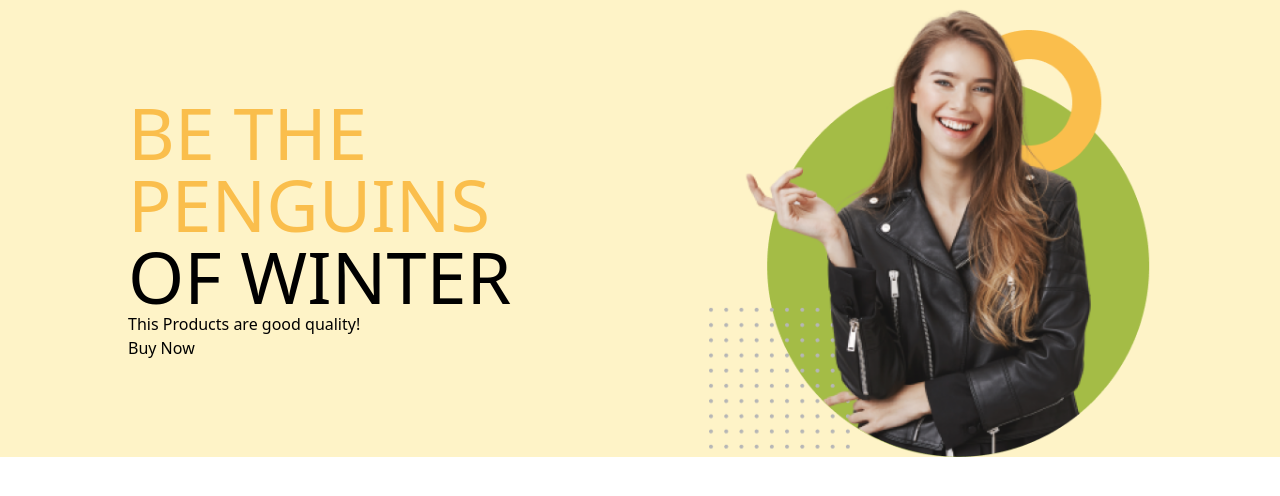
Repository: SyeadaSakina/Penguins-fashion
Page: index.html
These files come from the project's save history. The page is drawn as it stood at one moment and after the next save; the edit follows.
The browser window is 1280 px wide. The pictures show the whole page.
Some web libraries are served in a nearby version.

Above is the page before, as saved 2023-07-21 22:40:54.

After the next save:
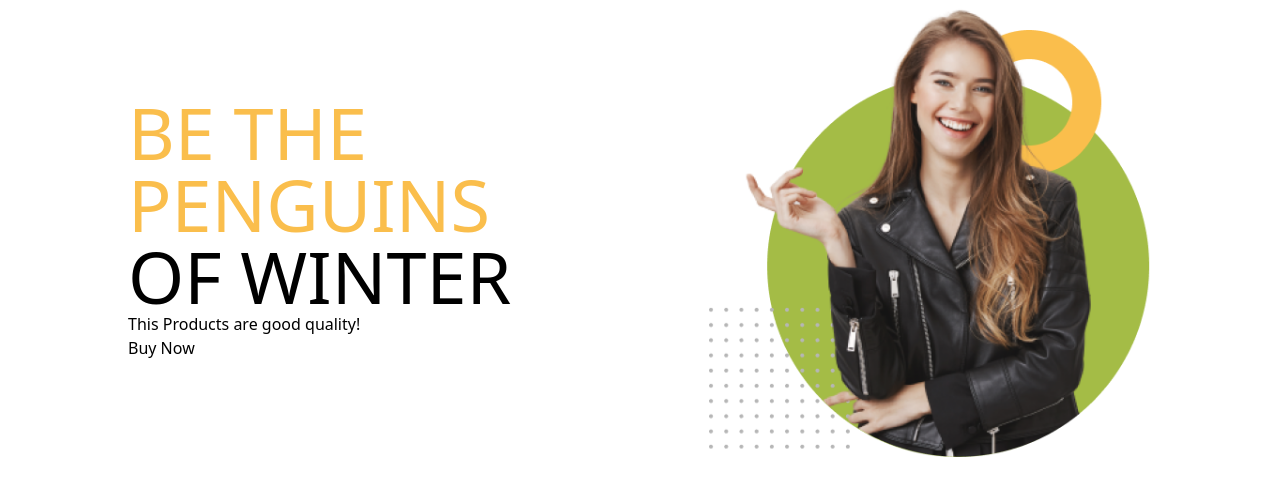
Saved 25 s later.
--- a/index.html
+++ b/index.html
@@ -9,7 +9,7 @@
 </head>
 
 <body>
-    <header class="bg-amber-100 px-32">
+    <header class="bg-amber-111 px-32">
         <!-- nav section -->
         <nav>
 
